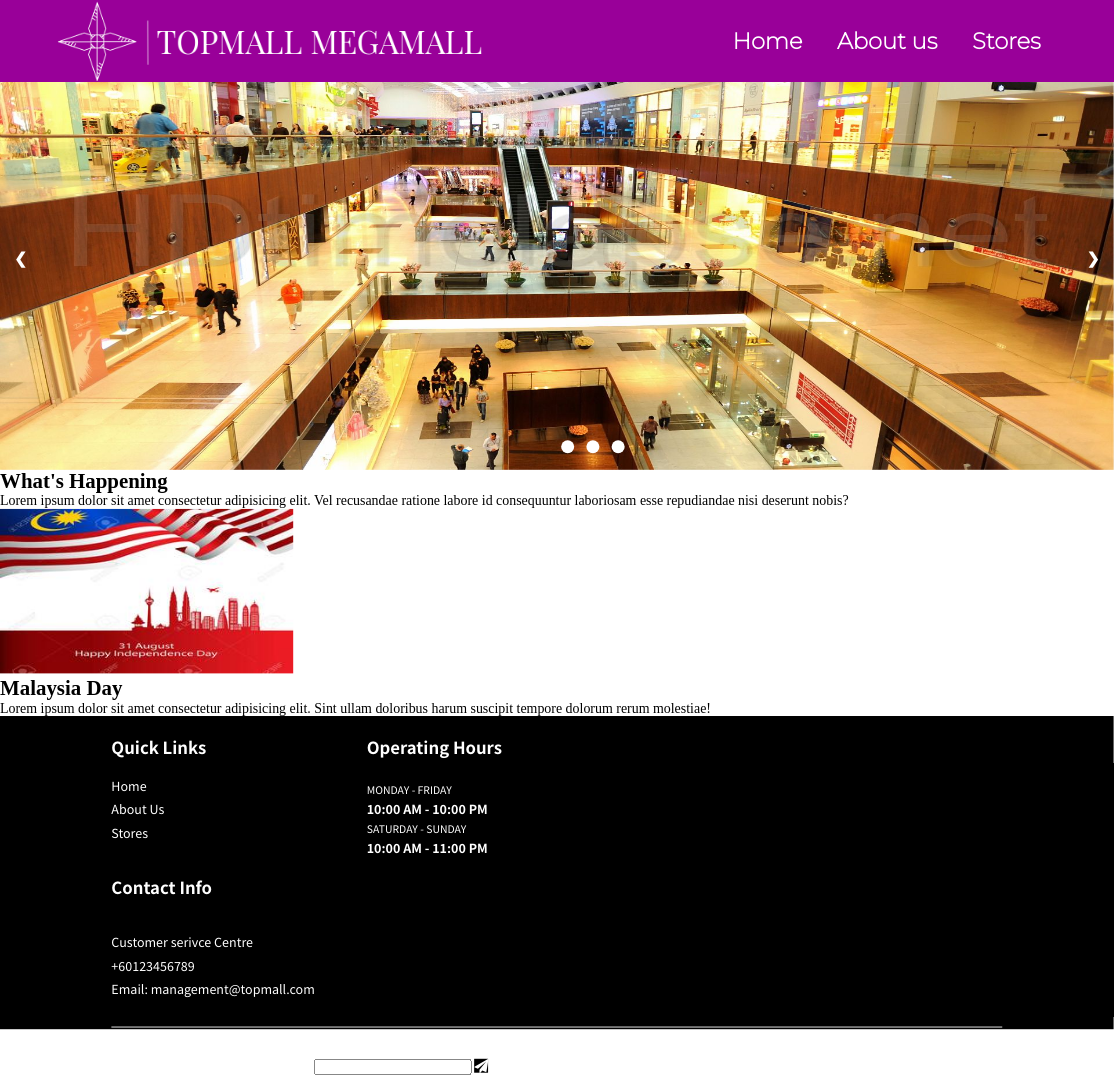
Repository: Jack0Bong/Web-Dev-Assignment
Page: index.html
The author's editor kept a copy of each file at every save. The page is drawn from the files as they stood at one save, then again after the next save.
The browser window is 1280 px wide. The pictures show the whole page, at 87% of full size.

Above is the page before, as saved 2021-09-02 01:27:57.

### index.html
<!DOCTYPE html>
<html lang="en">
    <head>
        <meta charset="UTF-8">
        <meta http-equiv="X-UA-Compatible" content="IE=edge">
        <meta name="viewport" content="width=device-width, initial-scale=1.0">
        <title>Topmall Megamall</title>

        <!-- fonts link -->
        <link href="https://fonts.googleapis.com/css2?family=Montserrat:wght@200&display=swap" rel="stylesheet">
        <link href="https://fonts.googleapis.com/css2?family=Pacifico&display=swap" rel="stylesheet">
        <link href="https://fonts.googleapis.com/css2?family=Caveat&family=Pacifico&display=swap" rel="stylesheet">
        <link href="https://fonts.googleapis.com/css2?family=Roboto&display=swap" rel="stylesheet">
        <link href="https://fonts.googleapis.com/css2?family=Poppins:wght@200&display=swap" rel="stylesheet">
        <link href="https://fonts.googleapis.com/css2?family=Noto+Sans+TC:wght@300&display=swap" rel="stylesheet">

        <!-- icon link -->
        <link rel="stylesheet" href="https://cdnjs.cloudflare.com/ajax/libs/font-awesome/4.7.0/css/font-awesome.min.css">

        <!-- style sheets link -->
        <link rel="stylesheet" href="css/navbar.css">
        <link rel="stylesheet" href="css/index.css">
    </head>
<body>
    <!-- navigation bar -->
    <nav class="nav">
        <img src="Assets/topmall-white.png" alt="Topmall" class="logo">
        <ul class="navlist">
            <!-- links added here -->
            <li><a href="" class="navlink">Home</a></li>
            <li><a href="" class="navlink">About us</a></li>
            <li><a href="" class="navlink">Stores</a></li>
        </ul>
    </nav>

    <section>
        <div class="carousel">

            <div class="slides fade">
                <img src="Assets/slide-one.jpg" alt="">
                <div class="slideText">Slide One</div>
            </div>

            <div class="slides fade">
                <img src="Assets/slide-two.jpg" alt="">
                <div class="slideText">Slide One</div>
            </div>

            <div class="slides fade">
                <img src="Assets/slide-three.jpg" alt="">
                <div class="slideText">Slide One</div>
            </div>

            <a onclick="slideController(-1)" class="prevslide">&#10094;</a>
            <a onclick="slideController(1)" class="nextslide">&#10095;</a>

            <div class="slidedot">
                <span onclick="dotController(1)" class="dot"></span>
                <span onclick="dotController(2)" class="dot"></span>
                <span onclick="dotController(3)" class="dot"></span>
            </div>

        </div>
    </section>

    <section class="events-section">
        <div class="event-title">
            <h1>What's Happening</h1>
            <span>Lorem ipsum dolor sit amet consectetur adipisicing elit. Vel recusandae ratione labore id consequuntur laboriosam esse repudiandae nisi deserunt nobis?</span>
        </div>

        <div class="card-view">
            <div class="card">
                <img src="Assets/event-one.jpg" alt="">
                <h2>Malaysia Day</h2>
                <span>Lorem ipsum dolor sit amet consectetur adipisicing elit. Sint ullam doloribus harum suscipit tempore dolorum rerum molestiae!</span>
            </div>
        </div>
    </section>


    <footer>
        <div class="footer-upper">
            <div class="footer-content">
                <h1 class="footer-title">Quick Links</h1>
                <a href="">Home</a>
                <a href="">About Us</a>
                <a href="">Stores</a>
            </div>
            <div class="footer-content">
                <h1 class="footer-title">Operating Hours</h1>
                <span style="font-size: 0.75em;">MONDAY - FRIDAY</span>
                <h2>10:00 AM - 10:00 PM</h2>
                <span style="font-size: 0.75em;">SATURDAY - SUNDAY</span>
                <h2>10:00 AM - 11:00 PM</h2>
            </div>
            <div class="footer-content">
                <h1 class="footer-title">Contact Info</h1>
                <span>Customer serivce Centre</span>
                <a href="tel:0123456789">+60123456789</a>
                <a href="mailto:someone@example.com">Email: management@topmall.com</a>
            </div>
            <hr>
        </div>
        <div class="footer-lower">
            <div class="footer-email">
                <span style="color: white;">Sign up for Topmall Newsletter</span>
                <form action="" method="post"> <input type="email" name="" id=""> <button type="submit" style="background-color:black;border:none;font-size: 0.5em;"><i class="fa fa-paper-plane"></i></button> </form>
            </div>
            <div class="footer-social">
                <a href="" class="fa fa-facebook-square"></a>
                <a href="" class="fa fa-twitter-square"></a>
                <a href="" class="fa fa-youtube-square"></a>
                <a href="" class="fa fa-instagram"></a>
                <a href="" class="fa fa-reddit"></a>
            </div>
        </div>
    </footer>


    <script src="Js/navbar.js"></script>
    <script src="Js/carousel.js"></script>
</body>
</html>

### css/navbar.css
*{
    padding: 0px;
    margin: 0px;
    box-sizing: border-box;
}

body{
    min-height: 100vh;
    display: flex;
    flex-direction: column;
}


/* Navigation bar style */
nav{
    position: fixed;
    width: 100%;
    height: 13vh;
    display: flex;
    justify-content: space-between;
    transition: 0.3s ease-in-out;
    background-color: #990099;
    opacity: 80%;
    z-index: 999;
}

nav:hover{
    width: 100%;
    height: 13vh;
    opacity: 100%;
}

.shrink{
    height: 9vh;
    background-color: #990099;
}

.logo{
    padding-left: 5vw;
}

.navlist{
    display: flex;
    align-items: center;
    padding-right: 5vw;
}

.navlist li{
    list-style: none;
    padding: 0px 20px;
}

.navlink{
    position: relative;
    color: white;
    font-size: 26px;
    font-weight: 700;
    text-decoration: none;
    font-family: montserrat;
}

.navlink:hover {
    color: white;
}

.navlink::before {
    content: "";
    position: absolute;
    display: block;
    width: 100%;
    height: 2px;
    bottom: 0;
    left: 0;
    background-color: white;
    transform: scaleX(0);
    transition: transform 0.3s ease;
  }

.navlink:hover::before {
    transform: scaleX(1);
}

.navbar-padding{
    width: 100%;
    height: 13vh;
}


/* footer styling */
footer{
    margin-top: auto;
    background-color: black;
    height: 50vh;
}

.footer-upper{
    width: 80%;
    display: flex;
    flex-direction: row;
    justify-content: start;
    margin-left: 10%;
    flex-wrap: wrap;
}

.footer-content{
    display: flex;
    flex-direction: column;
    margin-top: 3vh;
    color: white;
    font-family: 'Noto Sans TC', sans-serif;
    margin-right: 18%;
}

.footer-title{
    margin-bottom: 15%;
    font-size: 1.2em;
}

.footer-content a{
    font-size: 0.9em;
    text-decoration: none;
    color: white;
    padding: 3px 0px 3px 0px;
}

.footer-content span{
    padding: 3px 0px 3px 0px;
    font-size: 0.9em;
    font-family: 'Noto Sans TC', sans-serif;
}

.footer-content h2{
    font-size: 0.9em;
}

.footer-upper hr{
    margin: 3% 0px 3% 0px;
    flex-basis: 100%;
    border: none;
    border-top: 0.1px solid white;
}

.footer-lower{
    width: 80%;
    display: flex;
    flex-direction: row;
    justify-content: space-between;
    margin-left: 10%;
    flex-wrap: wrap;
}

.footer-email{
    font-family: 'Noto Sans TC', sans-serif;
}

.footer-email form{
    display: inline;
    width: fit-content;
}


.footer-social a{
    text-decoration: none;
}

.fa{
    color: white;
    font-size: 2em;
}

### css/index.css
/* Carousel css */
.carousel{
    position: relative;
    width: 100%;
    height: 75vh;
}

.slides{
    display: none;
    width: 100%;
    height: 100%;
}

.slides img{
    width: 100%;
    height: 100%;
}

.prevslide,.nextslide{
    position: absolute;
    top: 50%;
    width: auto;
    padding: 16px;
    color: white;
    font-weight: bold;
    font-size: 18px;
    transition: 0.6s ease;
    border-radius: 0 3px 3px 0;
    user-select: none;
}

.nextslide{
    right: 0%;
    border-radius: 3px 0 0 3px;
}

.slideText{
    display: none;
}

.slidedot{
    position: absolute;
    bottom: 10px;
    display: inline;
    margin-left: 50%;
}

.dot{
    position: relative;
    cursor: pointer;
    height: 15px;
    width: 15px;
    margin: 5px;
    background-color: white;
    border-radius: 50%;
    display: inline-block;
    transition: background-color 0.6s ease;
}

.active, .dot:hover{
    background-color: #bbb;
}

.fade {
    -webkit-animation-name: fade;
    -webkit-animation-duration: 1.5s;
    animation-name: fade;
    animation-duration: 1.5s;
  }

@-webkit-keyframes fade {
from {opacity: .4}
to {opacity: 1}
}

@keyframes fade {
from {opacity: .4}
to {opacity: 1}
}

/* Events section styling */
.events-section{
    width: 100%;
    margin: auto;
}

### Js/navbar.js
window.addEventListener("scroll", (event) => {
    let scroll = this.scrollY;
    let navbar = document.querySelector('.nav');
    if(scroll >= 100){
        navbar.classList.add("shrink")
    }else{
        navbar.classList.remove("shrink");
    }
});

### Js/carousel.js
let slideIndex = 1;
displaySlide(slideIndex);


function slideController(n){
    displaySlide(slideIndex+= n)
}

function dotController(n){
    slideIndex = n;
    displaySlide(slideIndex);
}

function displaySlide(n){
    let slides = document.querySelectorAll(".slides");
    if(n > slides.length){ slideIndex = 1}
    if(n < 1){ slideIndex = 3}

    for(let i = 0; i < slides.length;i++){
        slides[i].style.display="none";
    }

    slides[slideIndex-1].style.display = "block";

}

After the next save:
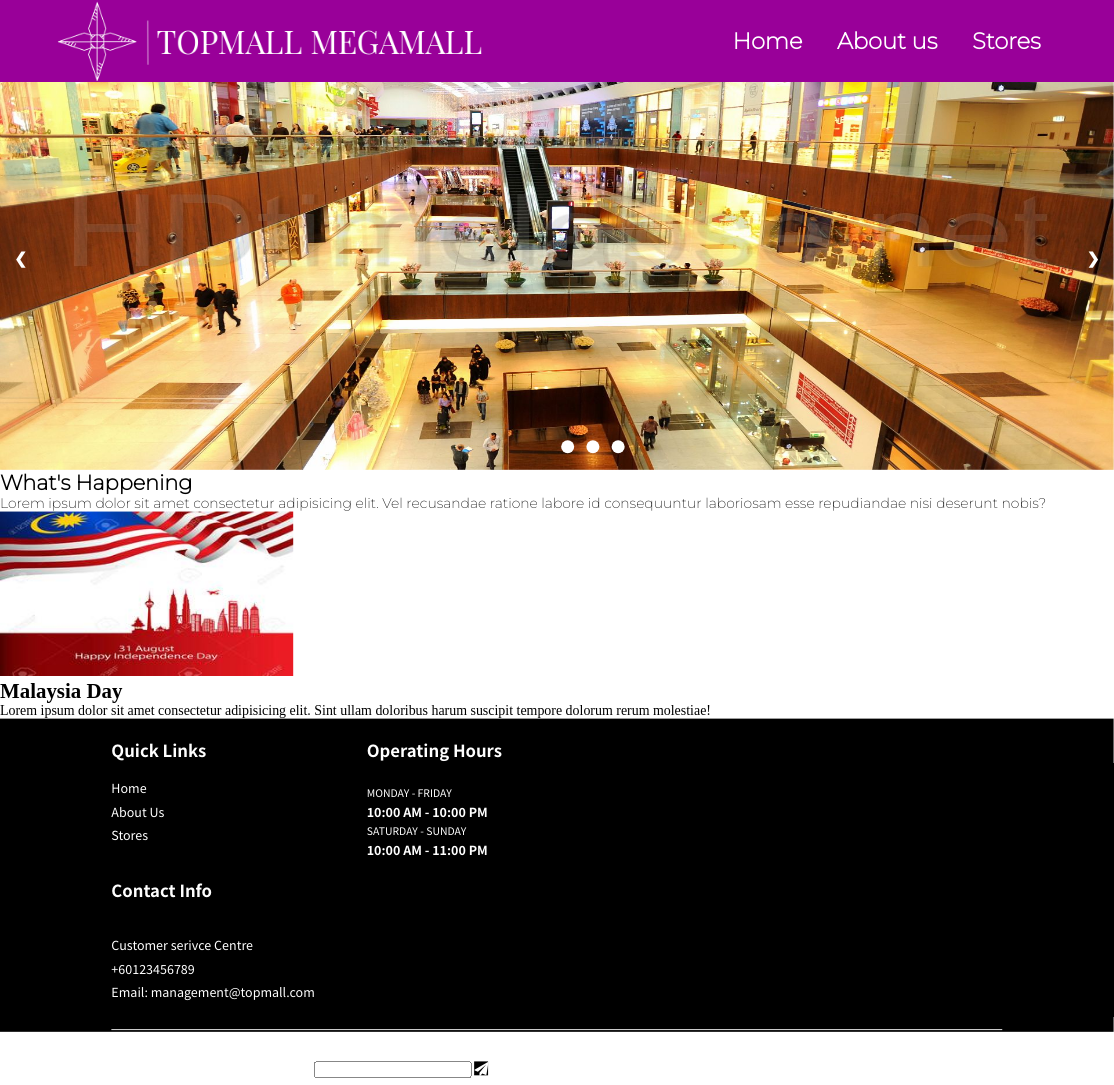
Saved 62 s later.
--- a/css/index.css
+++ b/css/index.css
@@ -81,5 +81,8 @@ to {opacity: 1}
 /* Events section styling */
 .events-section{
     width: 100%;
-    margin: auto;
 }
+
+.event-title{
+    font-family: Montserrat;
+}
